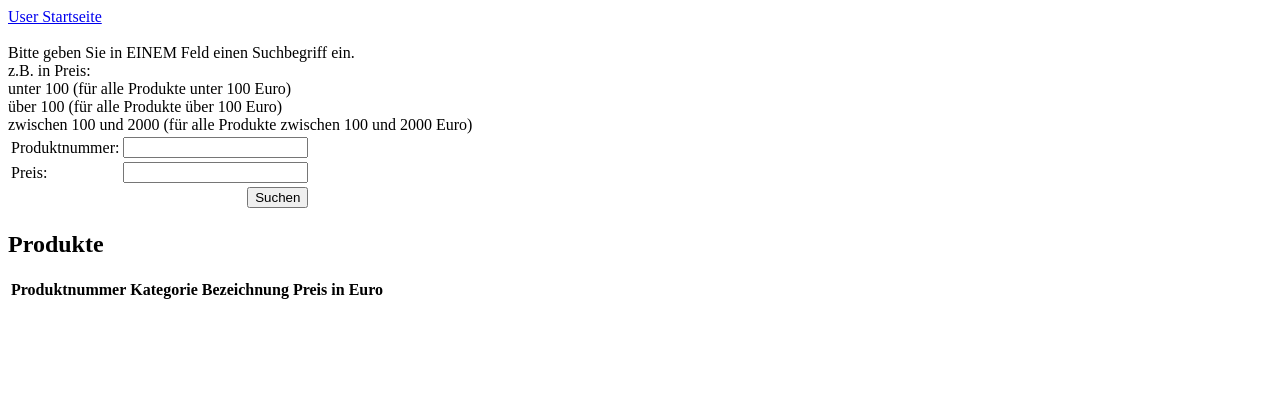
Repository: exic/VIS-Labor
Page: http://localhost/vislabor/search_product.action
These files come from the project's save history. The page is drawn as it stood at one moment and after the next save; the edit follows.
The browser window is 1280 px wide. The pictures show the whole page.
The page is served by Tomcat 9. Queries for data that is not in the repository find no rows.

Above is the page before, as saved 2011-05-15 14:36:29.

After the next save:
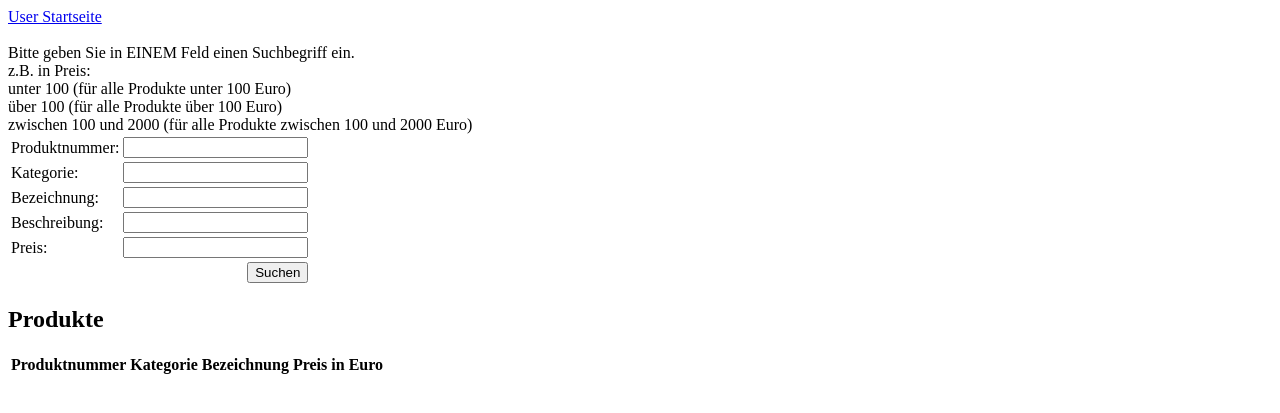
Saved 94 s later.
--- a/workspace/vislabor/WebContent/pages/SearchProduct.jsp
+++ b/workspace/vislabor/WebContent/pages/SearchProduct.jsp
@@ -20,7 +20,11 @@
 
 		<s:form action="search_product">
 			<s:textfield name="id" label="Produktnummer" size="20" />
+			<s:textfield name="id" label="Kategorie" size="20" />
+			<s:textfield name="label" label="Bezeichnung" size="20" />
+			<s:textfield name="label" label="Beschreibung" size="20" />
 			<s:textfield name="price" label="Preis" size="20" />
+
 			<s:submit value="Suchen"/>
 		</s:form>
 
